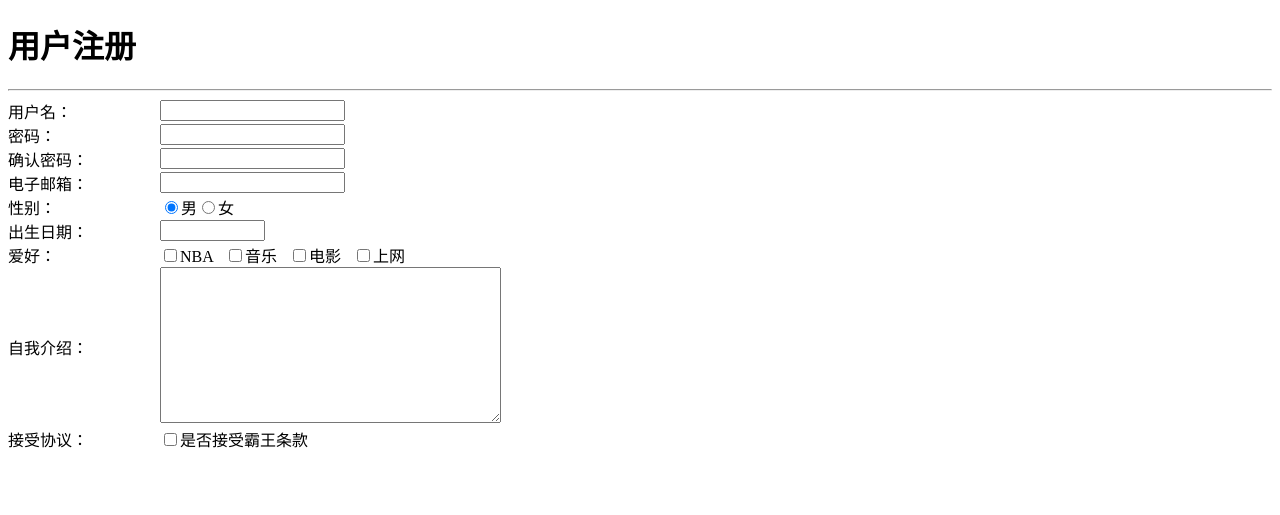
Repository: chengshide/Servlet
Page: http://localhost/ServletGetFormInfoDemo/reg.jsp
The author's editor kept a copy of each file at every save. The page is drawn from the files as they stood at one save, then again after the next save.
The browser window is 1280 px wide. The pictures show the whole page.
The page is served by Tomcat 9. Nobody is signed in. The application's start-up code is not run.

Above is the page before, as saved 2020-05-16 06:49:26.

After the next save:
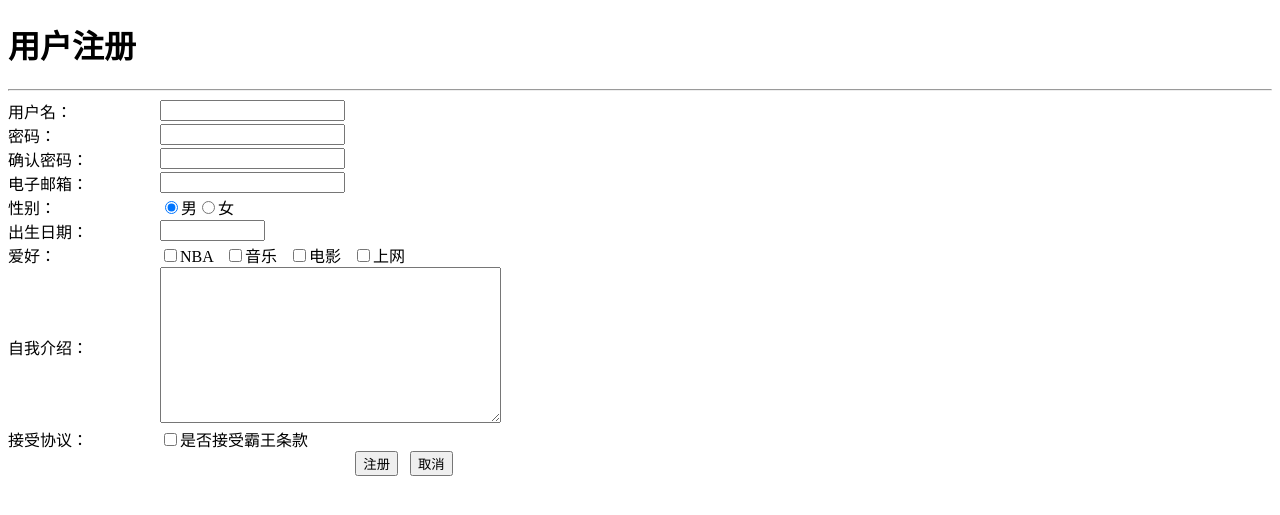
Saved 2 min 27 s later.
--- a/eclipseworlk/ServletGetFormInfoDemo/WebContent/reg.jsp
+++ b/eclipseworlk/ServletGetFormInfoDemo/WebContent/reg.jsp
@@ -52,6 +52,12 @@
          <td class="lalel">接受协议：</td>
          <td class="controler"><input type="checkbox" name="isAccept" value="true" />是否接受霸王条款</td>
        </tr>
+       <tr>
+        <td colspan="2" align="center">
+          <input type="submit" value="注册" />&nbsp;&nbsp;
+          <input type="reset" value="取消">&nbsp;&nbsp;
+        </td>
+       </tr>
      </table>
    </form>
 </body>
